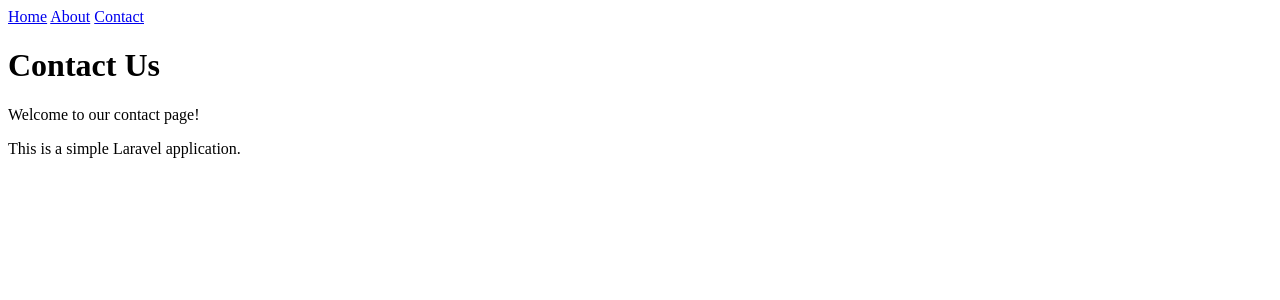
Repository: mennaabdelelhady/30-Days-to-Learn-Laravel
Page: http://localhost/contact
An editor plug-in stored every save of this project. The page is shown before and after the next save, followed by the edit.
The browser window is 1280 px wide. The pictures show the whole page.
The page is served by the project's Laravel application, run on PHP 8.4 with Laravel 12.

Above is the page before, as saved 2025-07-09 01:27:48.

After the next save:
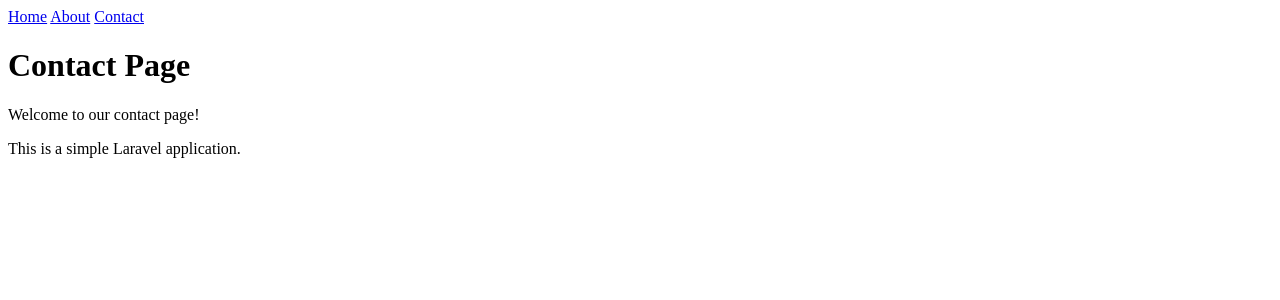
Saved 117 s later.
--- a/resources/views/contact.blade.php
+++ b/resources/views/contact.blade.php
@@ -1,21 +1,5 @@
-<!DOCTYPE html>
-<html lang="en">
-
-<head>
-    <meta charset="UTF-8">
-    <meta name="viewport" content="width=device-width, initial-scale=1.0">
-    <title>About Us</title>
-</head>
-
-<body>
-     <nav>
-        <a href="/">Home</a>
-        <a href="/about">About</a>
-        <a href="/contact">Contact</a>
-    </nav>
-    <h1>Contact Us</h1>
+<x-layout>
+    <h1>Contact Page</h1>
     <p>Welcome to our contact page!</p>
     <p>This is a simple Laravel application.</p>
-</body>
-
-</html>
+</x-layout>
